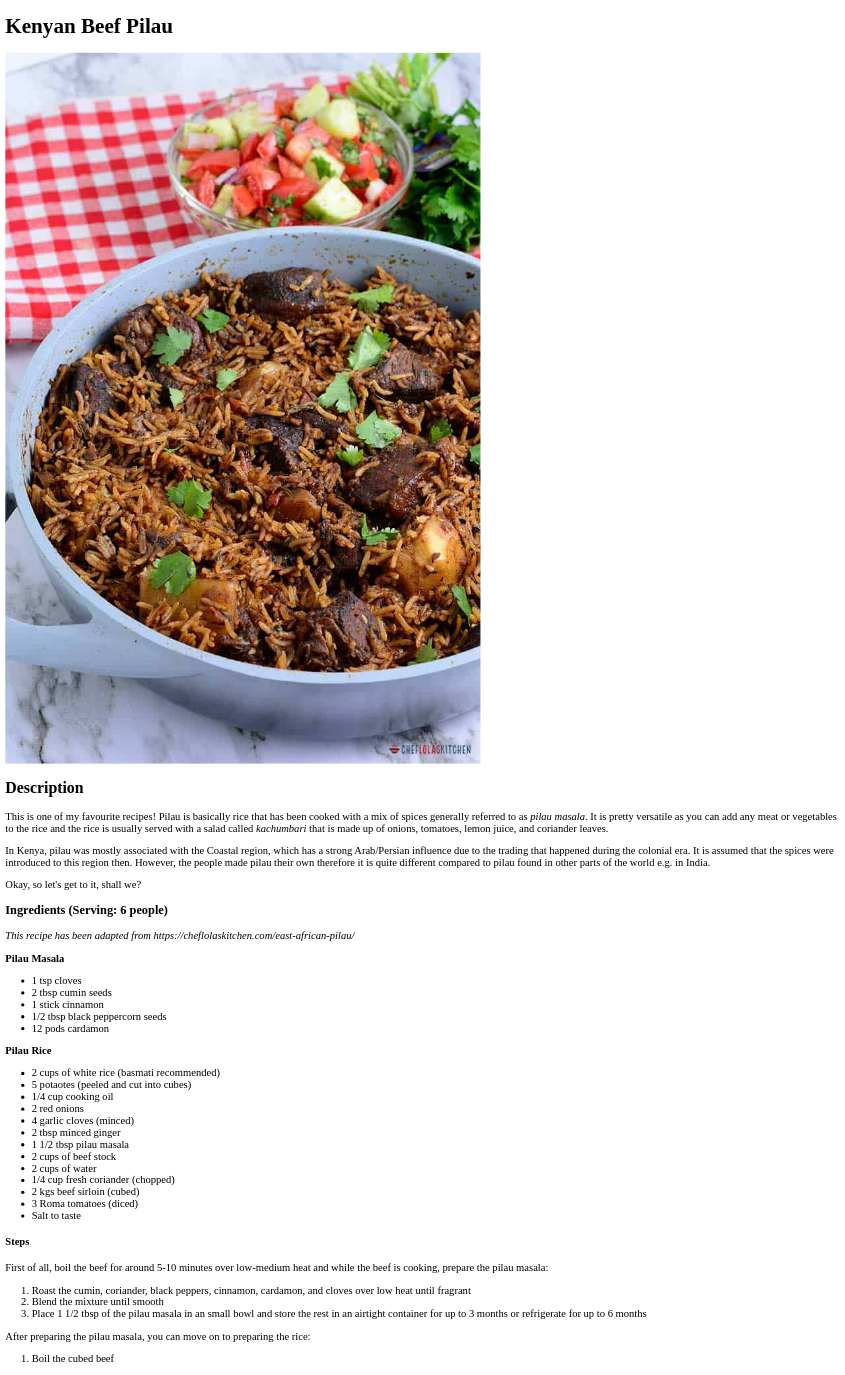
Repository: IanaAmke/odin-recipes
Page: recipes/pilau.html
An editor plug-in stored every save of this project. The page is shown before and after the next save, followed by the edit.
The browser window is 1280 px wide. The pictures show the whole page, at 66% of full size.

Above is the page before, as saved 2022-06-05 18:57:22.

After the next save:
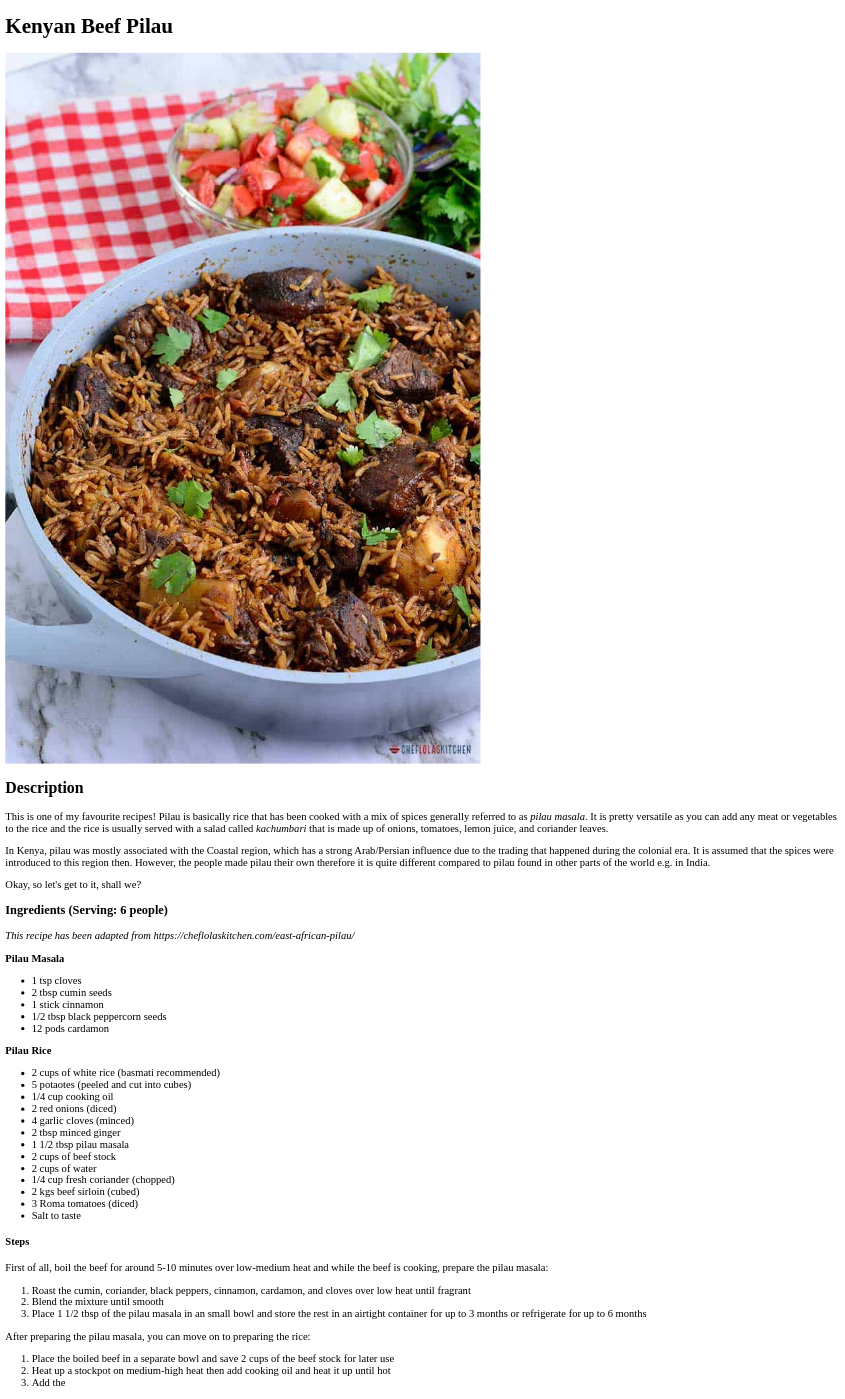
Saved 2 min 8 s later.
--- a/recipes/pilau.html
+++ b/recipes/pilau.html
@@ -38,7 +38,7 @@
         <li>2 cups of white rice (basmati recommended)</li>
         <li>5 potaotes (peeled and cut into cubes)</li>
         <li>1/4 cup cooking oil</li>
-        <li>2 red onions</li>
+        <li>2 red onions (diced)</li>
         <li>4 garlic cloves (minced)</li>
         <li>2 tbsp minced ginger</li>
         <li>1 1/2 tbsp pilau masala</li>
@@ -61,7 +61,9 @@
 
     <p>After preparing the pilau masala, you can move on to preparing the rice:</p>
     <ol>
-        <li>Boil the cubed beef </li>
+        <li>Place the boiled beef in a separate bowl and save 2 cups of the beef stock for later use</li>
+        <li>Heat up a stockpot on medium-high heat then add cooking oil and heat it up until hot</li>
+        <li>Add the </li>
     </ol>
 
 </body>
